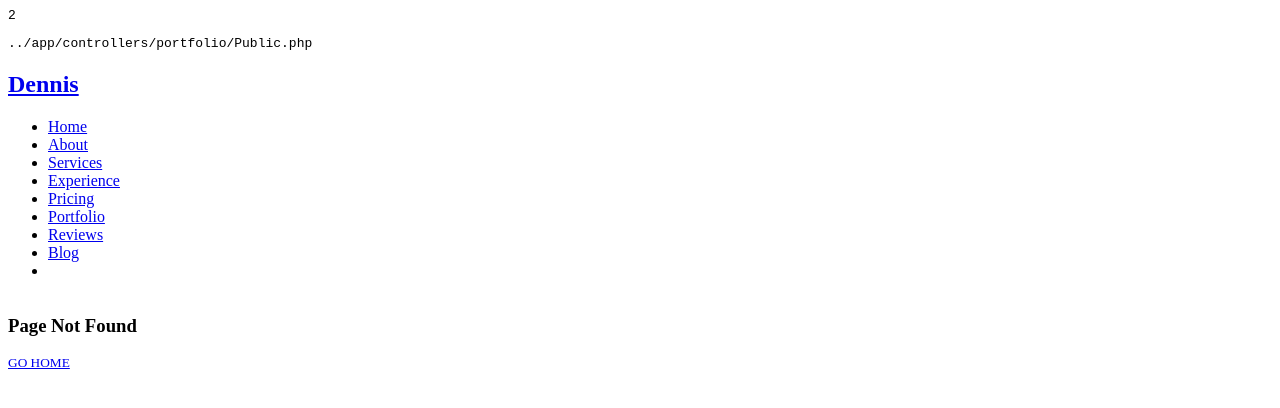
Repository: Teeticode/project_manager_tool
Page: http://localhost/portfolio/public
An editor plug-in stored every save of this project. The page is shown before and after the next save, followed by the edit.
The browser window is 1280 px wide. The pictures show the whole page.
Some icons come from a web library that is not loaded, so they are not drawn. The page is run by PHP 8.4 with error messages shown; the project is at /var/www/html/.

Above is the page before, as saved 2022-09-07 16:45:18.
Console error: SyntaxError: Unexpected token '<'

### public/index.php
<?php

session_start();
require "../app/core/init.php";


$app = new App();

### app/core/init.php
<?php
spl_autoload_register(function($class_name){
    require "../app/models/" .$class_name . ".php";
});



require "config.php";
require "functions.php";
require "database.php";
require "model.php";
require "controller.php";
require "app.php";

### app/core/config.php
<?php

/***
 * app info
 */
define('APPNAME', 'Teeticolab');
define('APP_DESC', 'Teeti Colab');

/***
 * Database config
 */
if($_SERVER['SERVER_NAME'] == 'localhost')
{
    define("DBHOST", 'localhost');
    define("DBUSER", 'root');
    define("DBPASS", '');
    define("DBDRIVER", 'mysql');
    define("DBNAME", 'portfolio');
    define('ROOT', 'http://localhost/portfolio/public');

}else{
    define("DBHOST", 'localhost');
    define("DBUSER", 'root');
    define("DBPASS", '');
    define("DBDRIVER", 'mysql');
    define("DBNAME", 'portfolio');
    define('ROOT', 'http://localhost/portfolio/public');

}

### app/core/functions.php
<?php

function show($stuff)
{
    echo "<pre>";
    print_r($stuff);
    echo "</pre>";
}
function set_value($key){
    if(!empty($_POST[$key])){
        return $_POST[$key];
    }
    return '';
}
function redirect($link){
    header("Location: ". ROOT ."/".$link);
    die;
}
function message($msg = '', $erase = false){
    if(!empty($msg)){
        $_SESSION['message'] = $msg;
    }else{
        if(!empty($_SESSION['message'])){
            $msg = $_SESSION['message'];
            if($erase){
                unset($_SESSION['message']);
            }

            return $msg;
        }
    }
    return false;
}

### app/core/database.php
<?php

class Database
{
    private function connect()
    {

        $str = DBDRIVER.":hostname=".DBHOST.";dbname=".DBNAME;
        $conn = new PDO($str, DBUSER, DBPASS);
        return $conn;
    }
    public function query($query, $data = [],$type="object")
    {
        $conn = $this->connect();
        $stm = $conn -> prepare($query);
        if($stm)
        {
            $check=$stm->execute($data);
            if($check)
            {

                if($type == "object")
                {
                    $type = PDO::FETCH_OBJ;
                }else{
                    $type = PDO::FETCH_ASSOC;
                }
                $result = $stm ->fetchAll($type);
                if(is_array($result) && count($result) > 0)
                {
                    return $result;
                }
            }
        }
        return false;
    }

    public function create_tables()
    {
        $query = "
            CREATE TABLE IF NOT EXISTS `users` (
                `id` int(11) NOT NULL AUTO_INCREMENT,
                `email` varchar(100) NOT NULL,
                `password` varchar(255) NOT NULL,
                `userid` varchar(25) NOT NULL,
                `username` varchar(15) NOT NULL,
                `role` varchar(20) NOT NULL,
                `date` date DEFAULT NULL,
                PRIMARY KEY (`id`),
                KEY `email` (`email`),
                KEY `userid` (`userid`),
                KEY `username` (`username`),
                KEY `date` (`date`)
            ) ENGINE=InnoDB DEFAULT CHARSET=utf8mb4
        ";
        $this -> query($query);
    }
}

### app/core/model.php
<?php
    /**
     * main model class
     */
class Model extends Database
{
    protected $table = "";
    public function insert($data){
        //remove unwanted columns
        if(!empty($this->allowedColumns)){
            foreach($data as $key => $value){
                if(!in_array($key, $this->allowedColumns)){
                    unset($data[$key]);
                }
            }
        }
        $keys = array_keys($data);
        $query = "insert into " . $this->table;
        $query .="(".implode(",", $keys).") values (:".implode(",:", $keys).")";
        $this->query($query, $data);

    }

    public function where($data){
        //remove unwanted columns
        $keys = array_keys($data);
        $query = "SELECT * FROM ".$this->table." where ";
        foreach($keys as $key){
            $query .= $key . "=:" . $key . " && ";
        }
        $query = trim($query, "&& ");

        $result = $this->query($query, $data);
        if(is_array($result)){
            return $result;
        }
        return false;
    }
    public function first($data){
        //remove unwanted columns
        $keys = array_keys($data);
        $query = "SELECT * FROM ".$this->table." where ";
        foreach($keys as $key){
            $query .= $key . "=:" . $key . " && ";
        }
        $query = trim($query, "&& ");
        $query .= " order by id desc limit 1";

        $result = $this->query($query, $data);
        if(is_array($result)){
            return $result[0];
        }
        return false;
    }

}

### app/core/controller.php
<?php

class Controller
{
    public function view($view, $data = [])
    {
        extract($data);
        $filename = "../app/views/".$view.".view.php";
        if(file_exists($filename))
        {
            require $filename;
        }else{
            echo "could not find view file: ".$filename;
        }
    }
}

### app/core/app.php
<?php

class App
{
    protected $controller = '_404';
    protected $method = 'index';
    public static $page = '_404';
    function __construct()
    {
        $url = $this->getURL();

        if(sizeof($url)==2){
            $filename = "../app/controllers/".$url[0]."/".ucfirst($url[1]).".php";
        }else{
            $filename = "../app/controllers/".ucfirst($url[0]).".php";
        }
        show($filename);

        if(file_exists($filename))
        {
            require $filename;

            if(sizeof($url) == 2){
                $this->controller = $url[1];
            }else{
                $this->controller = $url[0];
            }
            self::$page = $url[0];
            unset($url[0]);
        }else{
            require "../app/controllers/".$this->controller.".php";
        }

        $mycontroller= new $this->controller();
        $mymethod = $url[1] ?? $this->method;
        if(!empty($url[1]))
        {
            if(method_exists($mycontroller, strtolower($mymethod)))
            {
                $this->method = strtolower($mymethod);
                unset($url[1]);
            }
        }

        $url = array_values($url);
        call_user_func_array([$mycontroller, $this->method], $url);
    }
    private function getURL()
    {
        $url = $_GET['url'] ?? 'home';
        $url = filter_var($url, FILTER_SANITIZE_URL);
        $arr = explode("/",$url);
        show(sizeof($arr));
        return $arr;
    }
}

### app/controllers/_404.php
<?php

class _404 extends Controller
{
    public function index()
    {
        $data['title'] = "404";
        $this->view('404', $data);
    }
}

### app/views/404.view.php

<?php $this->view('includes/header');?>

<?php $this->view('includes/nav');?>
    <div class="pagenotfound">

        <img src="<?=ROOT?>/portfolio/assets/img/404.svg" alt="">
        <h3>Page Not Found</h3>
        <small><a href="<?=ROOT?>">GO HOME</a></small>
    </div>


<?php $this->view('includes/footer');?>

### app/views/includes/header.view.php
<!DOCTYPE html>
<html lang="en">
<head>
    <meta charset="UTF-8">
    <meta http-equiv="X-UA-Compatible" content="IE=edge">
    <meta name="viewport" content="width=device-width, initial-scale=1.0">
    <!--=============== LINE ICONS ===============-->
    <link rel="stylesheet" href="https://cdn.lineicons.com/3.0/lineicons.css">

    <!--=============== SWIPER CSS ===============-->
    <link rel="stylesheet" href="https://unpkg.com/swiper@7/swiper-bundle.min.css">
    <link rel="stylesheet" href="<?=ROOT?>/portfolio/assets/css/swiper.min.css">

    <!--=============== CSS ===============-->
    <link rel="stylesheet" href="<?=ROOT?>/portfolio/assets/css/style.css">

    <title><?= ucfirst(App::$page)?> - <?=APPNAME?></title>
</head>
<body>

### app/views/includes/nav.view.php
<!--=============== HEADER ===============-->
<header id="header" class="header">
        <!--nav-->
        <nav class="nav container padd-15">
          <!--nav logo-->
          <a href="#" class="nav-logo">
            <h2>Dennis</h2>
          </a>
          <!--nav menu-->
          <div class="nav-menu" id="nav-menu">
            <!--nav list-->
            <ul class="nav-list">
                <li class="nav-item">
                    <a href="<?=ROOT?>/#home" class="nav-link active-link">Home</a>
                </li>
                <li class="nav-item">
                    <a href="<?=ROOT?>/#about" class="nav-link">About</a>
                </li>
                <li class="nav-item">
                    <a href="<?=ROOT?>/#services" class="nav-link">Services</a>
                </li>
                <li class="nav-item">
                    <a href="<?=ROOT?>/#experience" class="nav-link">Experience</a>
                </li>
                <li class="nav-item">
                    <a href="<?=ROOT?>/#pricing" class="nav-link">Pricing</a>
                </li>
                <li class="nav-item">
                    <a href="<?=ROOT?>/#portfolio" class="nav-link">Portfolio</a>
                </li>
                <li class="nav-item">
                    <a href="<?=ROOT?>/#testimonials" class="nav-link">Reviews</a>
                </li>
                <li class="nav-item">
                    <a href="<?=ROOT?>/#blog" class="nav-link">Blog</a>
                </li>
                <?php if(Auth::logged_in()):?>
                    <a href="<?=ROOT?>/logout" class="nav-link logout">logout</a>
                <?php endif;?>
                <li class="nav-item">

                </li>
            </ul>
            <div class="nav-close" id="nav-close">
                <i class="lni lni-close"></i>
            </div>
          </div>
          <!--nav btns-->
        <div class="nav-btns">
            <!--theme change btn-->
            <i class="lni lni-pallet change-theme" id="theme-button"></i>
            <!--toggle btn-->
            <div class="nav-toggle" id="nav-toggle">
                <i class="lni lni-grid-alt"></i>
            </div>
        </div>
        </div>
        </nav>
    </header>

### app/models/Auth.php
<?php

class Auth {
    public static function authenticate($row){
        if(is_object($row)){
            $_SESSION['USER_DATA'] = $row;
        }
    }
    public static function logout(){
        if(!empty($_SESSION['USER_DATA'])){
            unset($_SESSION['USER_DATA']);

        }
        return false;
    }
    public static function logged_in(){
        if(!empty($_SESSION['USER_DATA'])){
            return true;
        }
        return false;
    }
    public static function is_admin(){
        if(!empty($_SESSION['USER_DATA'])){
            if($_SESSION['USER_DATA']->role == 'admin'){
                return true;
            }
        }
        return false;
    }
    public static function is_client(){
        if(!empty($_SESSION['USER_DATA'])){
            if($_SESSION['USER_DATA']->role == 'client'){
                return true;
            }
        }
        return false;
    }
    public static function is_dev(){
        if(!empty($_SESSION['USER_DATA'])){
            if($_SESSION['USER_DATA']->role == 'developer'){
                return true;
            }
        }
        return false;
    }

    public static function __callStatic($funcname, $args){
        $key = str_replace("get", "", strtolower($funcname));
        if(!empty($_SESSION['USER_DATA']->$key)){
            return $_SESSION['USER_DATA']->$key;
        }
        return '';
    }


}

### app/views/includes/footer.view.php
<!--=============== SWIPER JS ===============-->
<script src="https://unpkg.com/swiper@7/swiper-bundle.min.js"></script>
    <script src="<?=ROOT?>/portfolio/assets/js/swiper.js"></script>
    <!--=============== JS ===============-->
    <script src="<?=ROOT?>/portfolio/assets/js/main.js"></script>
</body>
</html>

After the next save:
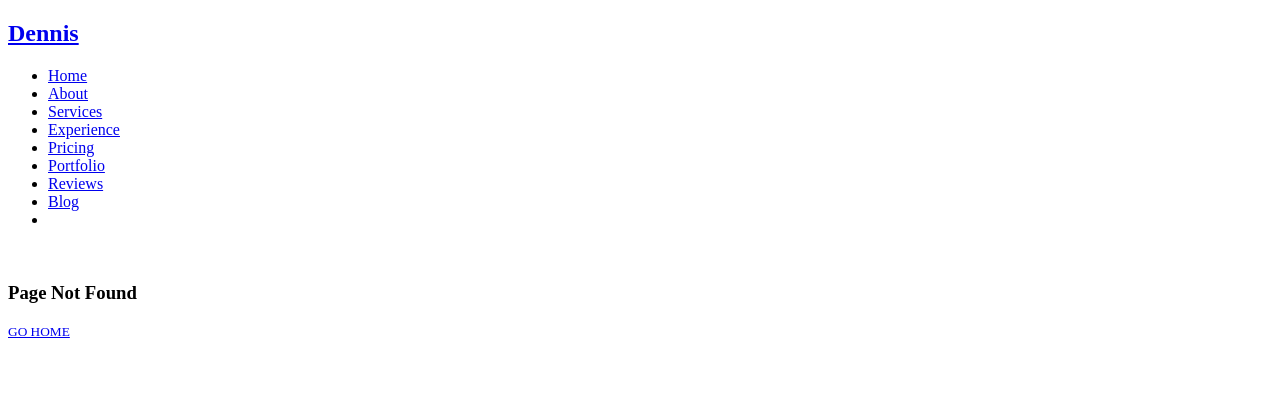
Saved 46 s later.
--- a/app/core/app.php
+++ b/app/core/app.php
@@ -14,7 +14,7 @@ class App
         }else{
             $filename = "../app/controllers/".ucfirst($url[0]).".php";
         }
-        show($filename);
+
 
         if(file_exists($filename))
         {
@@ -50,7 +50,7 @@ class App
         $url = $_GET['url'] ?? 'home';
         $url = filter_var($url, FILTER_SANITIZE_URL);
         $arr = explode("/",$url);
-        show(sizeof($arr));
+
         return $arr;
     }
 }
